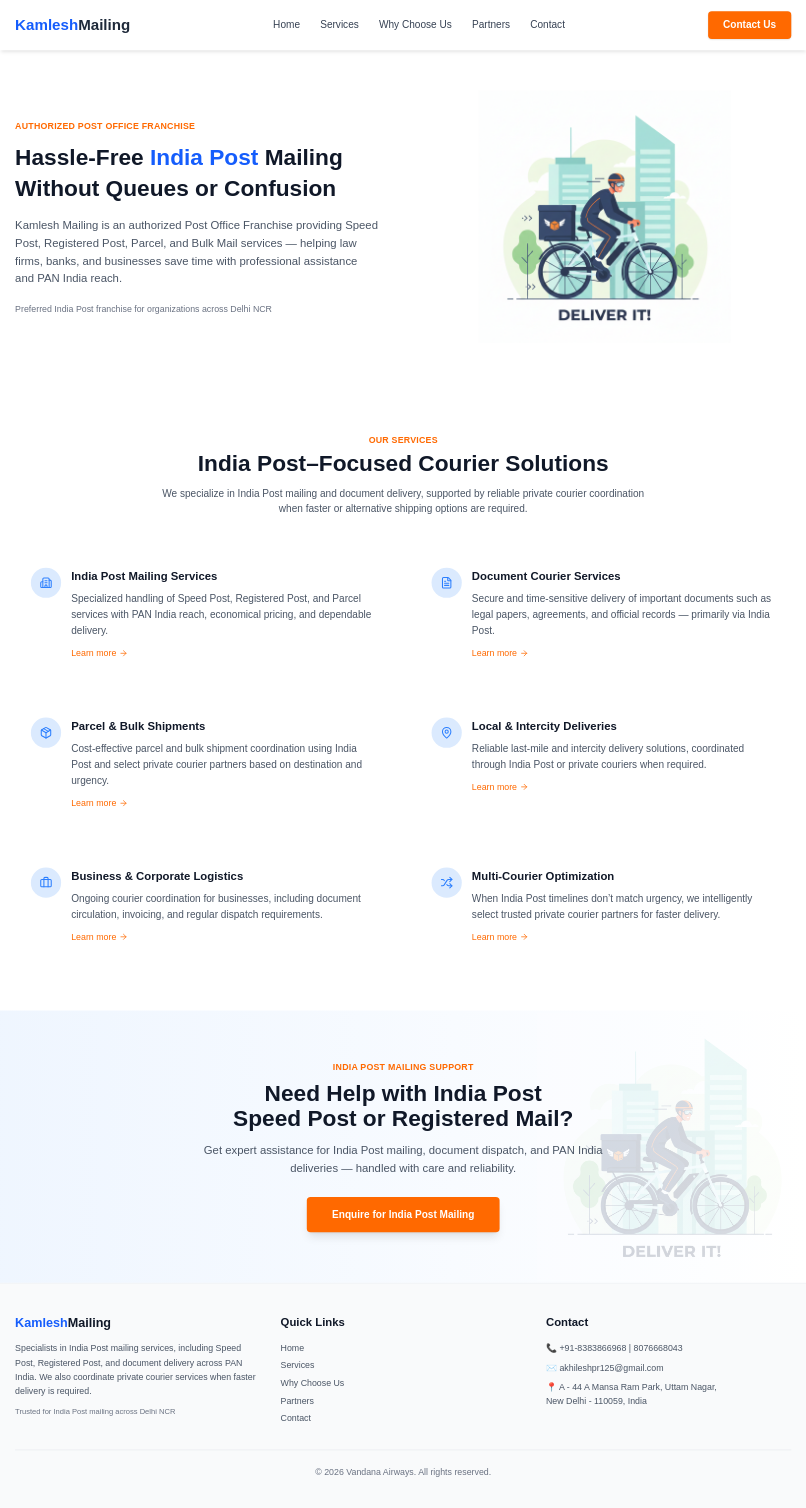
Repository: Rohit-foryou/Courier-Portfolio
Page: /
An editor plug-in stored every save of this project. The page is shown before and after the next save, followed by the edit.
The browser window is 1280 px wide. The pictures show the whole page, at 63% of full size.
The project was rebuilt for these pictures with package versions that can differ from the ones it lists, and the page was loaded fresh each time. The framework's server and built-in components were replaced by stand-ins that run in the browser. Also part of the build but not shown: next.config.ts.

Above is the page before, as saved 2026-02-11 01:28:23.

After the next save:
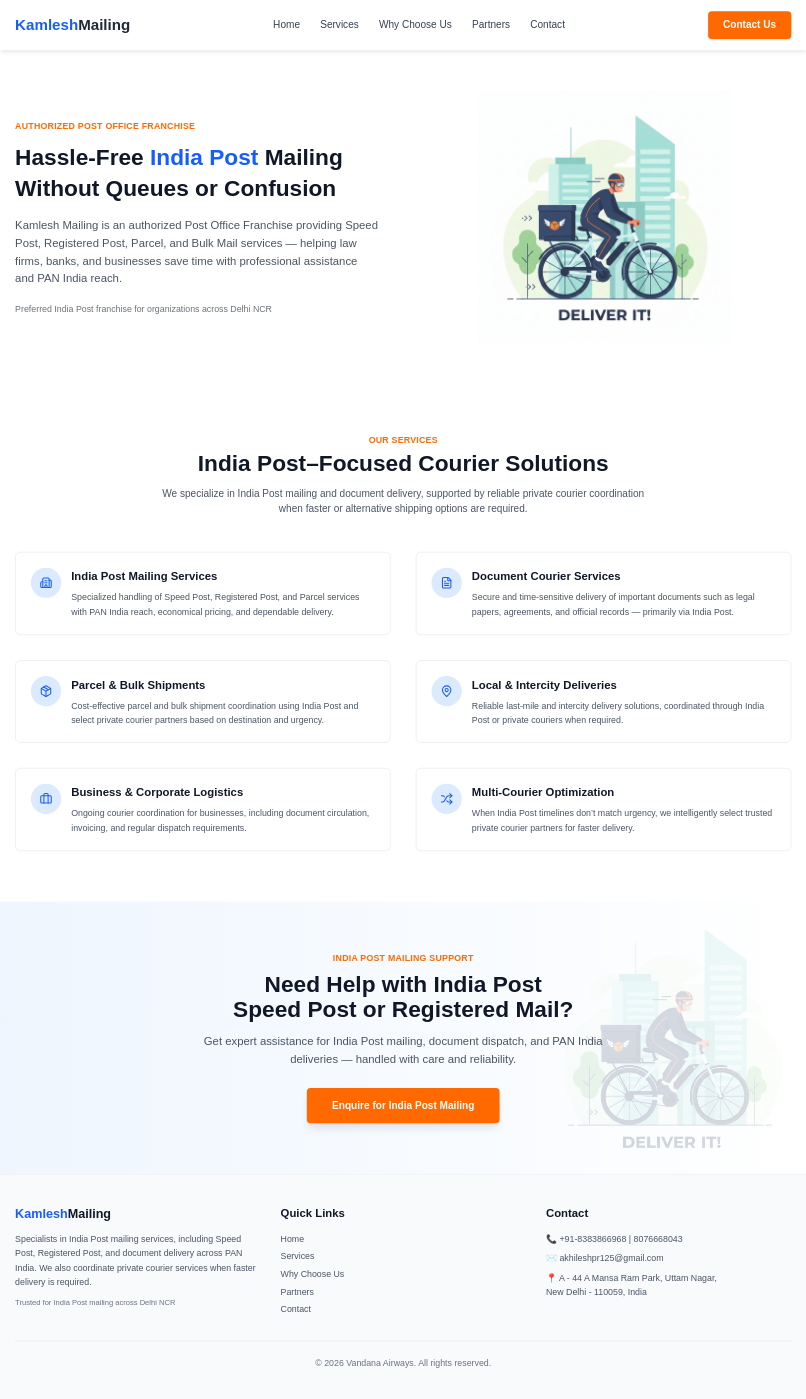
Saved 103 s later.
--- a/components/ServiceCard.tsx
+++ b/components/ServiceCard.tsx
@@ -1,5 +1,3 @@
-import Link from "next/link";
-import { ArrowRight } from "lucide-react";
 import { ReactNode } from "react";
 
 type ServiceCardProps = {
@@ -14,11 +12,17 @@
   icon,
 }: ServiceCardProps) {
   return (
-    <div className="group flex gap-4 p-6 bg-white hover:bg-gray-50 transition rounded-lg border border-transparent hover:border-gray-200">
-
+    <div
+      className="
+        group flex gap-4 p-6 bg-white
+        rounded-lg border border-gray-200
+        hover:shadow-md hover:-translate-y-1
+        transition-all duration-300
+      "
+    >
       {/* Icon */}
       <div className="flex-shrink-0">
-        <div className="w-12 h-12 rounded-full bg-blue-100 flex items-center justify-center text-blue-500">
+        <div className="w-12 h-12 rounded-full bg-blue-100 flex items-center justify-center text-blue-600">
           {icon}
         </div>
       </div>
@@ -29,16 +33,9 @@
           {title}
         </h3>
 
-        <p className="mt-2 text-gray-600 leading-relaxed">
+        <p className="mt-2 text-gray-600 text-sm leading-relaxed">
           {description}
         </p>
-
-        <Link
-          href="/services"
-          className="inline-flex items-center gap-1 mt-3 text-sm font-medium text-orange-500 hover:gap-2 transition-all"
-        >
-          Learn more <ArrowRight size={14} />
-        </Link>
       </div>
     </div>
   );
